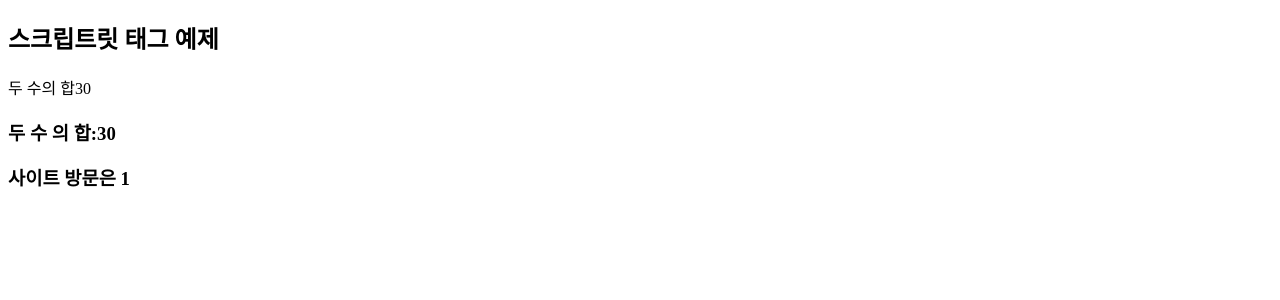
Repository: taiseidesu97/space_jspworks
Page: http://localhost/jweb0/script1.jsp
An editor plug-in stored every save of this project. The page is shown before and after the next save, followed by the edit.
The browser window is 1280 px wide. The pictures show the whole page.
The page is served by Tomcat 10.

Above is the page before, as saved 2025-10-02 02:01:50.

After the next save:
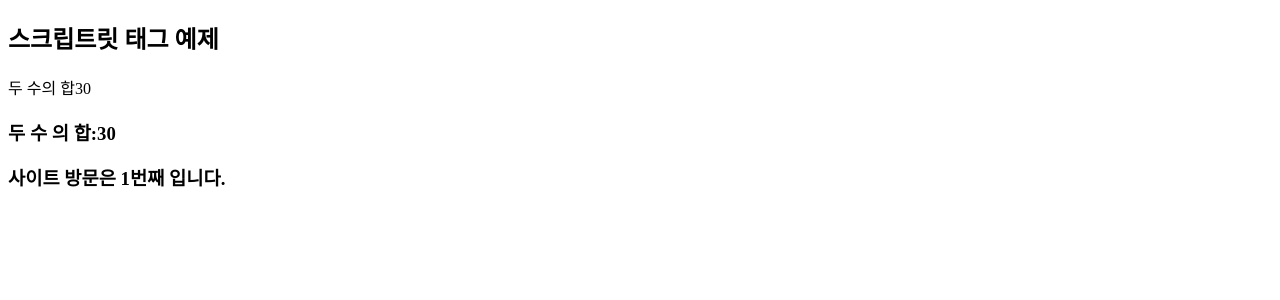
Saved 12 s later.
--- a/jweb0/src/main/webapp/script1.jsp
+++ b/jweb0/src/main/webapp/script1.jsp
@@ -20,6 +20,6 @@
 	%>
 
 	<h3>두 수 의 합:<%= n1 + n2 %></h3>
-	<h3>사이트 방문은 <%= ++count %></h3>
+	<h3>사이트 방문은 <%= ++count %>번째 입니다.</h3>
 </body>
 </html>
